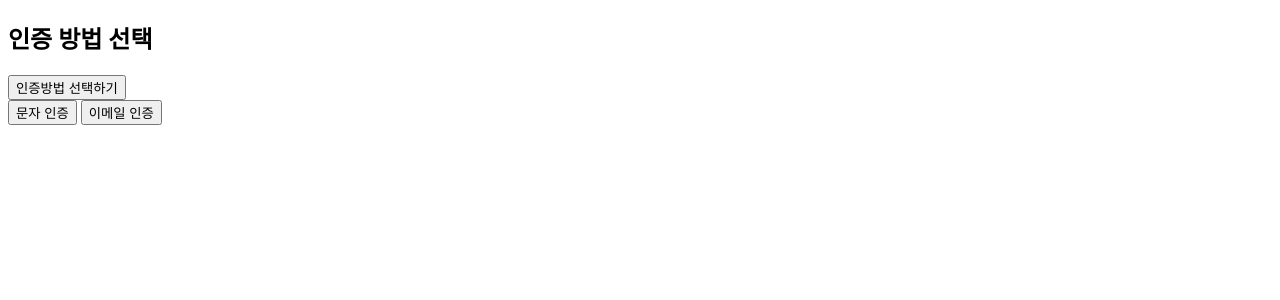
Repository: 0hmuse/day0330-2
Page: day0330-1/src/main/resources/static/test2.html
The author's editor kept a copy of each file at every save. The page is drawn from the files as they stood at one save, then again after the next save.
The browser window is 1280 px wide. The pictures show the whole page.

Above is the page before, as saved 2020-03-30 08:27:24.

### day0330-1/src/main/resources/static/test2.html
<!DOCTYPE html>
<html>
<head>
<meta charset="EUC-KR">
<title>Insert title here</title>
<script type="text/javascript" src="https://code.jquery.com/jquery-3.4.1.min.js"></script>
<script type="text/javascript">
$(function(){

	$("#select").click(function(){
		var text = $("<span>인증할 번호, 이메일을 입력하세요</span>")
		var input = $("<input type='text' id='in' name='in'>");
		$("#f").append(text,input);



		$("#sms").click("/sms.do",{data:data,success:function(r){
			alert(sdata);
		}})




		$("#email").click("/email.do",{data:data,success:function(r){
			alert("버튼누름");
			alert(edata);
			}})
	})

})

</script>
</head>
<body>
<h2>인증 방법 선택</h2>
<button id="select">인증방법 선택하기</button><br>

<form id="f">
</form>
	<button id="sms">문자 인증</button>
	<button id="email">이메일 인증</button>
</body>
</html>

After the next save:
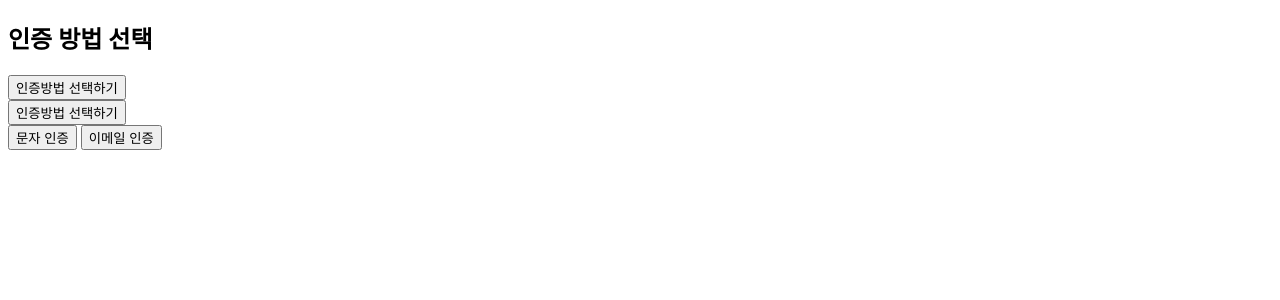
Saved 101 s later.
--- a/day0330-1/src/main/resources/static/test2.html
+++ b/day0330-1/src/main/resources/static/test2.html
@@ -12,7 +12,7 @@ $(function(){
 		var input = $("<input type='text' id='in' name='in'>");
 		$("#f").append(text,input);
 
-
+		$("#check")
 
 		$("#sms").click("/sms.do",{data:data,success:function(r){
 			alert(sdata);
@@ -34,7 +34,7 @@ $(function(){
 <body>
 <h2>인증 방법 선택</h2>
 <button id="select">인증방법 선택하기</button><br>
-
+<button id="check">인증방법 선택하기</button><br>
 <form id="f">
 </form>
 	<button id="sms">문자 인증</button>
